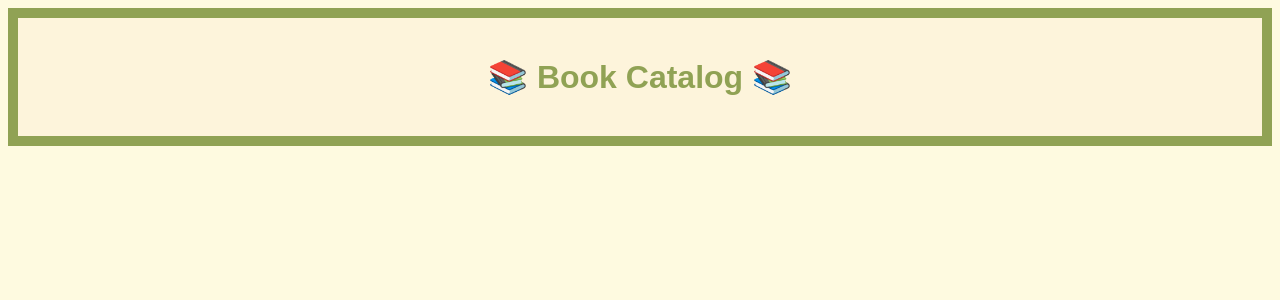
Repository: kaitlynlew/Book-Catalog
Page: /
The author's editor kept a copy of each file at every save. The page is drawn from the files as they stood at one save, then again after the next save.
The browser window is 1280 px wide. The pictures show the whole page.
The project was rebuilt for these pictures with package versions that can differ from the ones it lists, and the page was loaded fresh each time. Also part of the build but not shown: vite.config.js.

Above is the page before, as saved 2025-09-14 00:18:19.

After the next save:
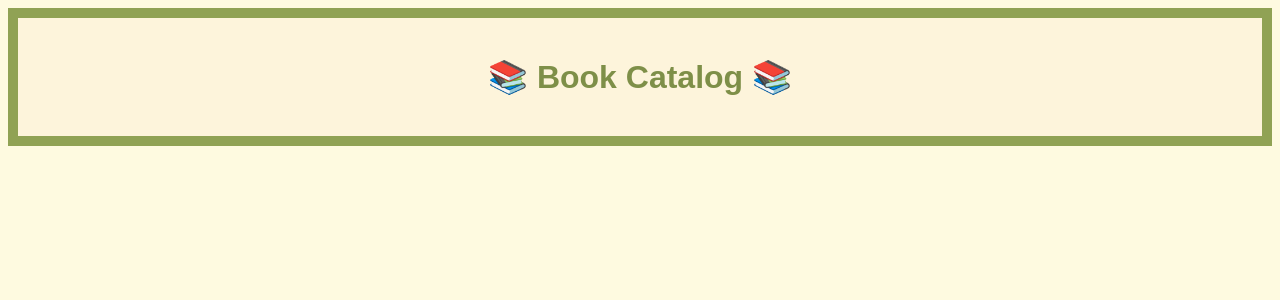
Saved 10 s later.
--- a/src/App.css
+++ b/src/App.css
@@ -6,7 +6,7 @@ body {
 
 h1 {
   margin: 0;
-  color: #90a254;
+  color: #7e8f48;
   text-align: center;
   background-color: #fdf4db;
   padding: 40px;
